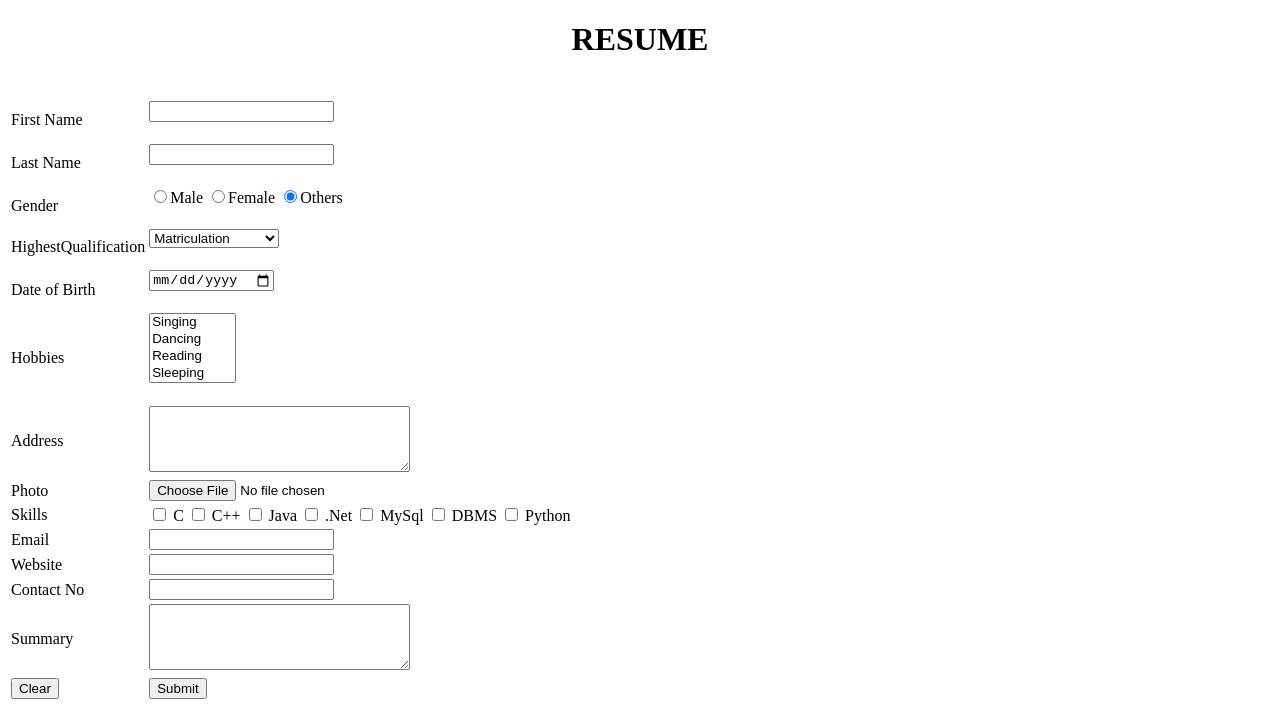
Repository: Rccalfa123/JEE
Page: MyFirstServlet/WebContent/Resume.html
An editor plug-in stored every save of this project. The page is shown before and after the next save, followed by the edit.
The browser window is 1280 px wide. The pictures show the whole page.

Above is the page before, as saved 2018-08-07 08:57:24.

### MyFirstServlet/WebContent/Resume.html
<!DOCTYPE html>
<html>
<head>
<meta charset="ISO-8859-1">
<title>Resume</title>
</head>
<body>
   <form action="ms1.java" method="get">
   <h1 align="center"> RESUME </h1><br>
  <table>
   <tr><td>First Name </td><td><input type="text" name="fname"><br><br></td></tr>

   <tr><td>Last Name</td> <td> <input type="text" name="lname"><br><br></td></tr>

   <tr><td>Gender</td> <td><input type="radio" name = "gender" value="male" checked="checked">Male
   		  <input type="radio" name = "gender" value="female" checked="checked">Female
   		  <input type="radio" name = "gender" value="others" checked="checked">Others<br><br></td></tr>

   <tr><td>HighestQualification</td> <td><select name = "Qualification">
            <option value="matriculation">Matriculation</option>
            <option value="intermediate">Intermediate</option>
            <option value="bachaolor_degree">Bachaelor Degree</option>
            <option value="masters">Masters</option>
   			</select><br><br></td></tr>

   <tr><td>Date of Birth</td><td> <input type="date" name="dob"><br><br></td></tr>

   <tr><td>Hobbies</td> <td><select multiple  name = "hobbies">
            <option value="singing">Singing</option>
            <option value="dancing">Dancing</option>
            <option value="reading">Reading</option>
            <option value="sleeping">Sleeping</option>
            <option value="eating">Eating</option>
            <option value="video_games">Video Games</option>
   			</select><br><br></td></tr>

   <tr><td>Address</td><td> <textarea name="address"   rows="4" cols="30"></textarea><br></td></tr>

   <tr><td>Photo</td><td><input type="file"  name="photo"><br></td></tr>


   <tr><td>Skills </td>   <td><input type="checkbox" name="skills" value="c"> C
   			 <input type="checkbox" name="skills" value="c++"> C++
   			 <input type="checkbox" name="skills" value="java"> Java
  			 <input type="checkbox" name="skills" value=".net"> .Net
  			 <input type="checkbox" name="skills" value="mysql"> MySql
   			 <input type="checkbox" name="skills" value="dbms"> DBMS
   			 <input type="checkbox" name="skills" value="python"> Python<br></td></tr>

  <tr><td>Email</td> <td>   <input type="email"  name="email"> <br></td></tr>

  <tr><td>Website</td> <td> <input type="url" name="website"><br></td></tr>

  <tr><td>Contact No</td> <td><input type="text" name="contact_no"> <br></td></tr>

  <tr><td>Summary </td><td> <textarea name="summary"   rows="4" cols="30"></textarea><br></td></tr>

  <tr> <td><input type="reset" value="Clear"></td><td> <input type="submit" value="Submit"> </td></tr>
  </table>
 </form>


</body>
</html>

After the next save:
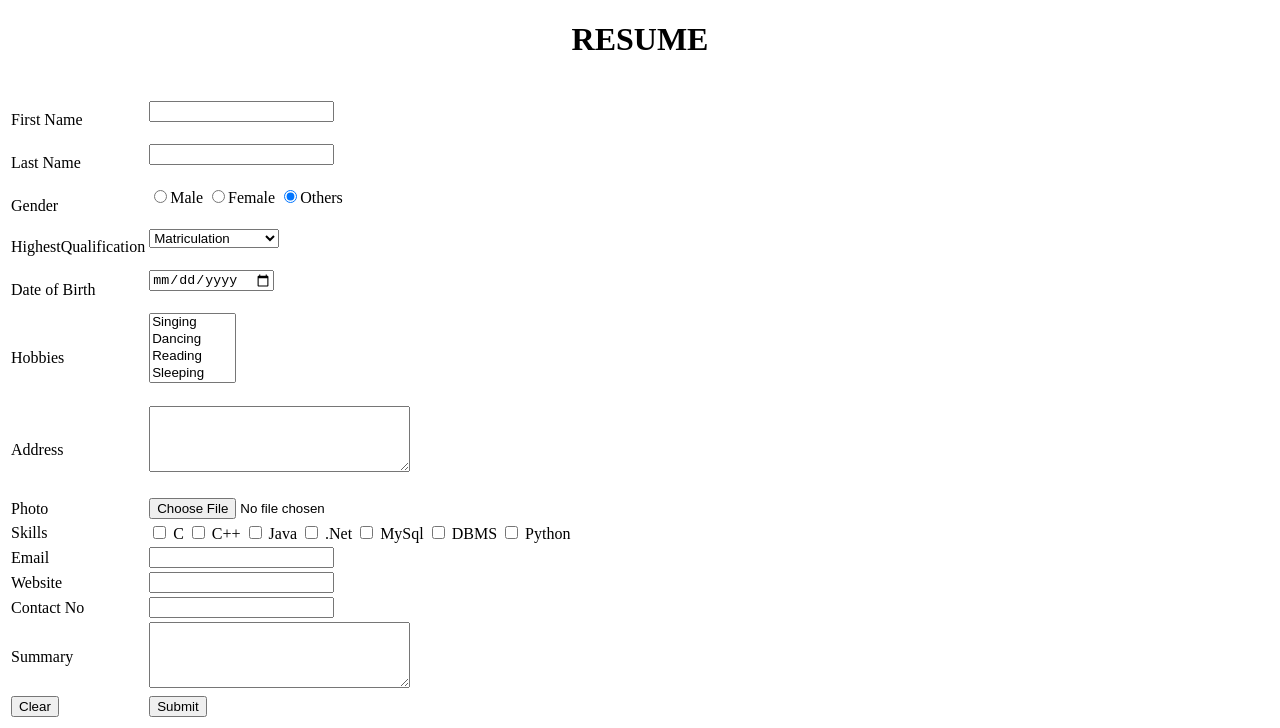
Saved 7 s later.
--- a/MyFirstServlet/WebContent/Resume.html
+++ b/MyFirstServlet/WebContent/Resume.html
@@ -34,7 +34,7 @@
             <option value="video_games">Video Games</option>
    			</select><br><br></td></tr>
 
-   <tr><td>Address</td><td> <textarea name="address"   rows="4" cols="30"></textarea><br></td></tr>
+   <tr><td>Address</td><td> <textarea name="address"   rows="4" cols="30"></textarea><br><br></td></tr>
 
    <tr><td>Photo</td><td><input type="file"  name="photo"><br></td></tr>
 
